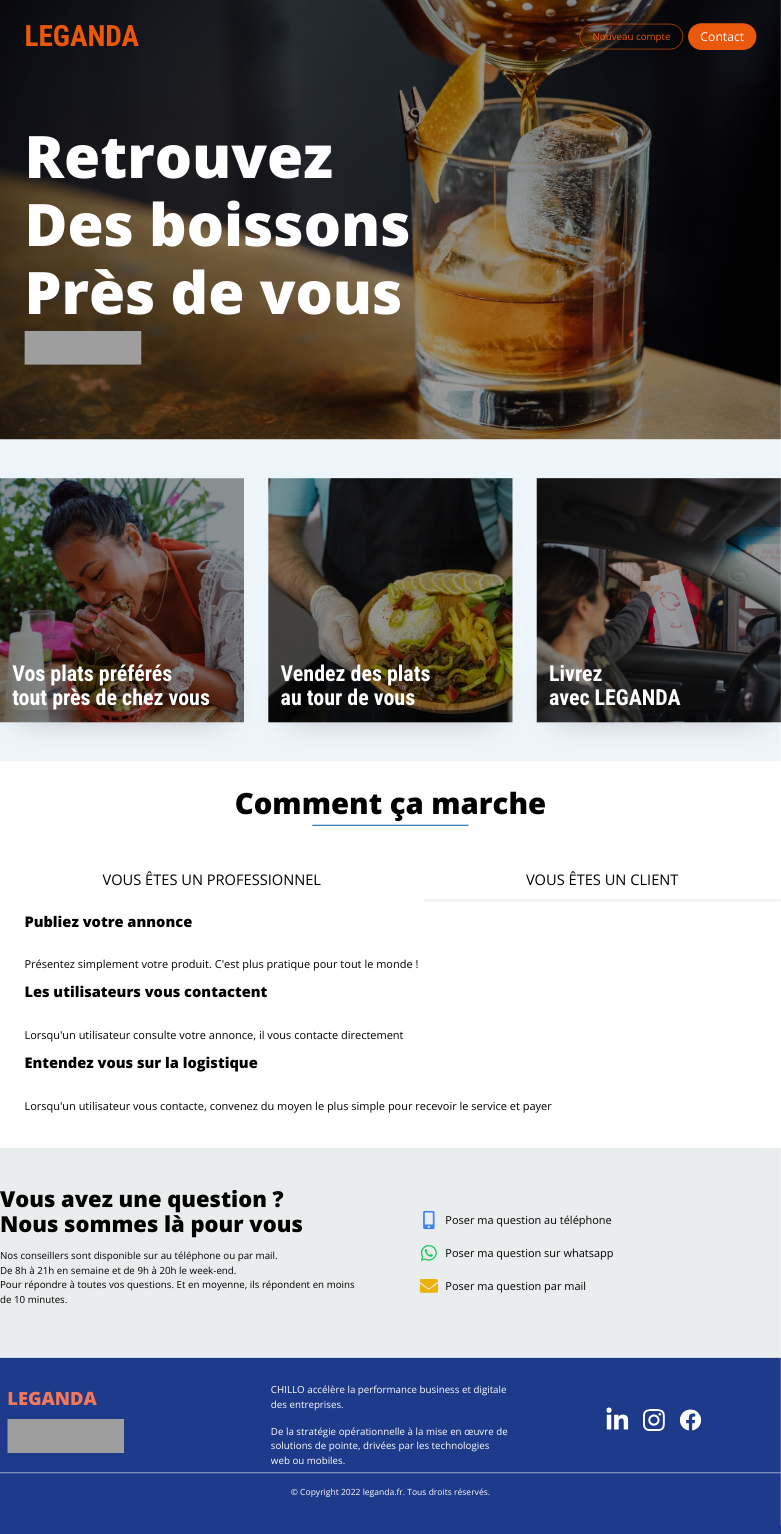
Repository: chillo-tech/website-leganda
Page: /
These files come from the project's save history. The page is drawn as it stood at one moment and after the next save; the edit follows.
The browser window is 1280 px wide. The pictures show the whole page, at 61% of full size.
Pictures or frames that could not be fetched are drawn as grey boxes. The project was rebuilt for these pictures with package versions that can differ from the ones it lists, and the page was loaded fresh each time. Some packages were replaced by stand-ins written for this rebuild. The framework's server and built-in components were replaced by stand-ins that run in the browser. Also part of the build but not shown: next.config.js, components/header/items/SearchBar.tsx.

Above is the page before, as saved 2023-02-09 15:09:41.

After the next save:
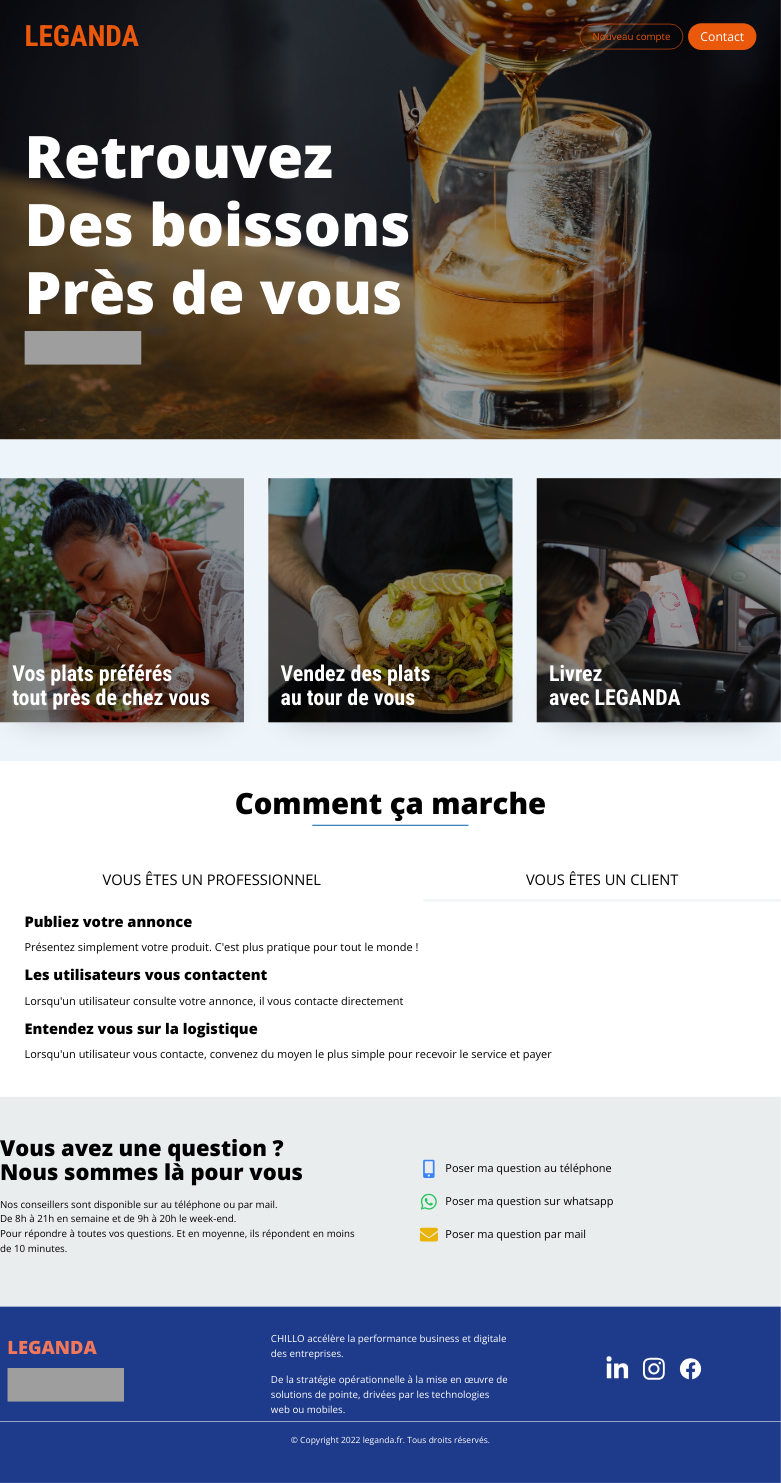
Saved 15 s later.
--- a/components/tabs/index.tsx
+++ b/components/tabs/index.tsx
@@ -34,7 +34,7 @@
               }>
              {item.infos.map((info: any, index: number) => (
               <article key={`info-${index}`} className={classNames('grow py-2')}>
-                <h3 className='pb-10 font-bold text-2xl'>{info.title}</h3>
+                <h3 className='mb-3 font-bold text-2xl'>{info.title}</h3>
                 <RenderHtmlContent content={info.description} classes="text-lg"/>
               </article>
             ))}
